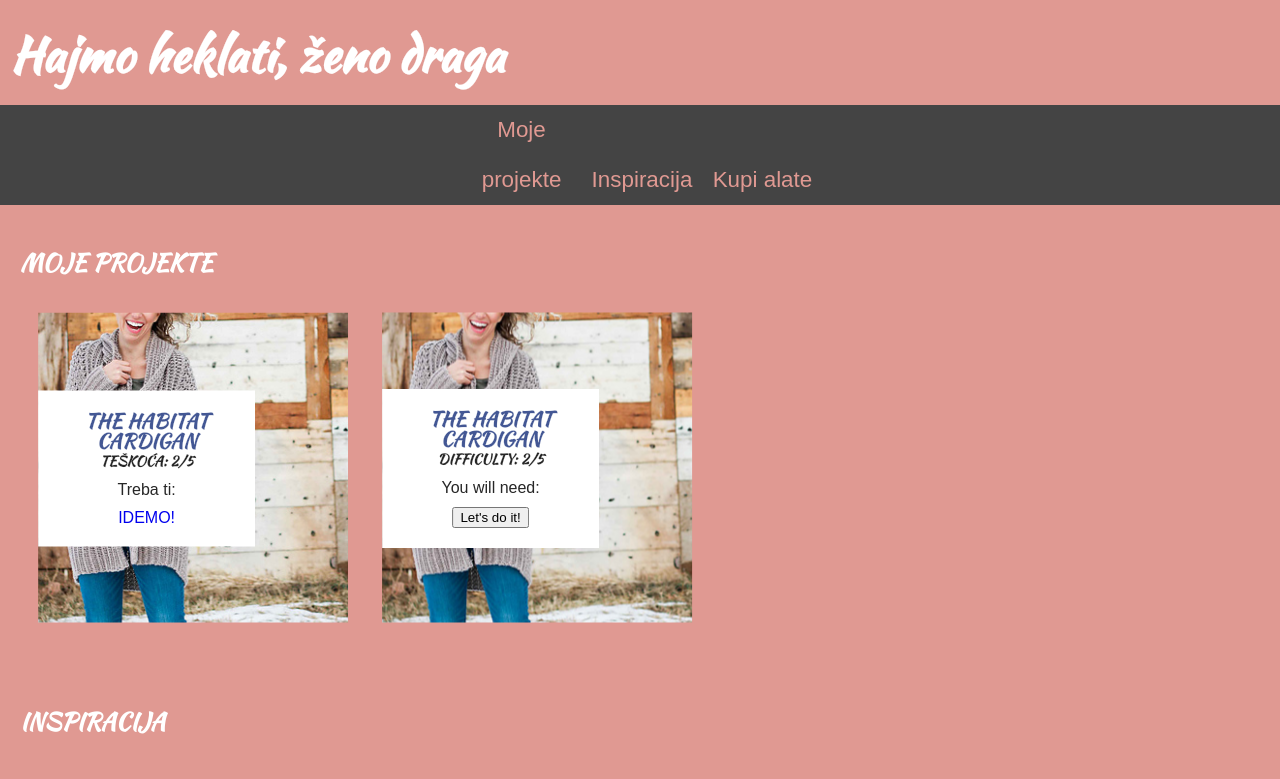
Repository: sdnc/Heklamo
Page: index.html
These files come from the project's save history. The page is drawn as it stood at one moment and after the next save; the edit follows.
The browser window is 1280 px wide. The pictures show the whole page.

Above is the page before, as saved 2020-12-24 16:54:11.
Console error: ReferenceError: $ is not defined

### index.html
<html>

<head>
  <meta charset="UTF-8" />
  <meta name="viewport" content="width=device-width, initial-scale=1.0" />
  <title>Heklamo</title>
  <link rel="preconnect" href="https://fonts.gstatic.com">
<link href="https://fonts.googleapis.com/css2?family=Kaushan+Script&display=swap" rel="stylesheet">
  <link href="https://maxcdn.bootstrapcdn.com/font-awesome/4.7.0/css/font-awesome.min.css" rel="stylesheet">
  <link rel="stylesheet" href="styles.css" />
  <script src="https://unpkg.com/vue@next" defer></script>
  <script src="app.js" defer></script>
</head>

<body>
  <!--1) -->
  <!--2) -->
  <section id="header">
    <h1 id="title">Hajmo heklati, ženo draga</h1>
  </section>
  <section class="nav">
    <ul>
      <li class="setove"><a href="#">Moje projekte</a></li>
      <li class="inspiracija"><a href="#">Inspiracija</a></li>
      <li class="kupi"><a href="#">Kupi alate</a></li>
    </ul>
  </section>
    <section id="sets" class="divider">
      <h3>MOJE PROJEKTE</h3>
    <div class="card">
      <div class="image">
        <img
          src="img/habitatcardigan.jpg" />
      </div>
      <div class="details">
        <div class="center">
          <h1>The Habitat Cardigan<br><span>Teškoća: 2/5</span></h1>
          <p>Treba ti:</p>
          <a href="#" class="button">IDEMO!</a>
        </div>
      </div>
    </div>

    <div class="card">
      <div class="image">
        <img src="img/habitatcardigan.jpg" />
      </div>
      <div class="details">
        <div class="center">
          <h1>The Habitat Cardigan<br><span>Difficulty: 2/5</span></h1>
          <p>You will need:</p>
          <button>Let's do it!</button>
        </div>
      </div>
    </div>
  </section>

  <section id="inspiration" class="divider">
    <h3>INSPIRACIJA</h3>



  </section>

  <section id="buy" class="divider">

  </section>

  <script>


  </script>
</body>

</html>

### styles.css
body {
  margin: 0;
  padding: 0;
  font-family: sans-serif;
  background-color: #e09992;
}

.divider {
  margin: 40px 0 30px 20px;
}

h1 {
  font-family: "Kaushan Script", sans-serif;
  font-size: 48;
  margin: 20px 0 15px 10px;
  color: white;
  -webkit-text-stroke: 0.2px white;
}

h3 {
  font-family: "Kaushan Script", sans-serif;
  font-size: 24;
  color: white;

}
/* NAV BAR */

.nav ul {
  list-style: none;
  background-color: #444;
  text-align: center;
  padding: 0;
  margin: 0;
}
.nav li {
  font-family: 'Oswald', sans-serif;
}

.nav a {
  text-decoration: none;
  color: #e09992;
  display: block;
  transition: .3s background-color;
}

.nav a:hover {
  background-color: white;
}
/*
.nav a.active {
  background-color: #fff;
  color: #444;
  cursor: default;
} */

@media screen and (min-width: 600px) {
  .nav li {
    width: 120px;
    border-bottom: none;
    height: 50px;
    line-height: 50px;
    font-size: 1.4em;
  }

  /* Option 1 - Display Inline */
  .nav li {
    display: inline-block;
    margin-right: -4px;
  }

/* MY SETS - section */
.card {
  margin: 5px 15px;
  display: inline-block;
  transform: translate(1%,1%);
  width: 310px;
  height: 350px;
}
.image {
  width: 310px;
  height: 350px;
  overflow: hidden;
}
.card .image img {
  width: 100%;
  transition: .5s;
}
.card:hover .image img {
  opacity: .5;
  transform: translateX(30%);/*100%*/
}
.card .details {
  position: absolute;
  top: 0;
  left: 0;
  width: 70%;/*100%*/
  height: 89%;
  background: #7ca9e0;
  transition: .5s;
  transform-origin: left;
  transform: perspective(2000px) rotateY(-90deg);
}
.card:hover .details {
  transform: perspective(2000px) rotateY(0deg);
}
.card .details .center {
  padding: 20px;
  text-align: center;
  background: #fff;
  position: absolute;
  top: 50%;
  transform: translateY(-50%);
}
.card .details .center h1 {
  margin: 0;
  padding: 0;
  color: #435794;
  line-height: 20px;
  font-size: 20px;
  text-transform: uppercase;
}
.card .details .center h1 span {
  font-size: 14px;
  color: #262626;
}
.card .details .center p {
  margin: 10px 0;
  padding: 0;
  color: #262626;
}

.button {
  text-decoration: none;
  border: 1px green;
}

/* INPIRATION SECTION */

### app.js
$('#recipeCarousel').carousel({
    interval: 10000
  })

  $('.carousel .carousel-item').each(function(){
      var minPerSlide = 3;
      var next = $(this).next();
      if (!next.length) {
      next = $(this).siblings(':first');
      }
      next.children(':first-child').clone().appendTo($(this));

      for (var i=0;i<minPerSlide;i++) {
          next=next.next();
          if (!next.length) {
              next = $(this).siblings(':first');
            }

          next.children(':first-child').clone().appendTo($(this));
        }
  });

After the next save:
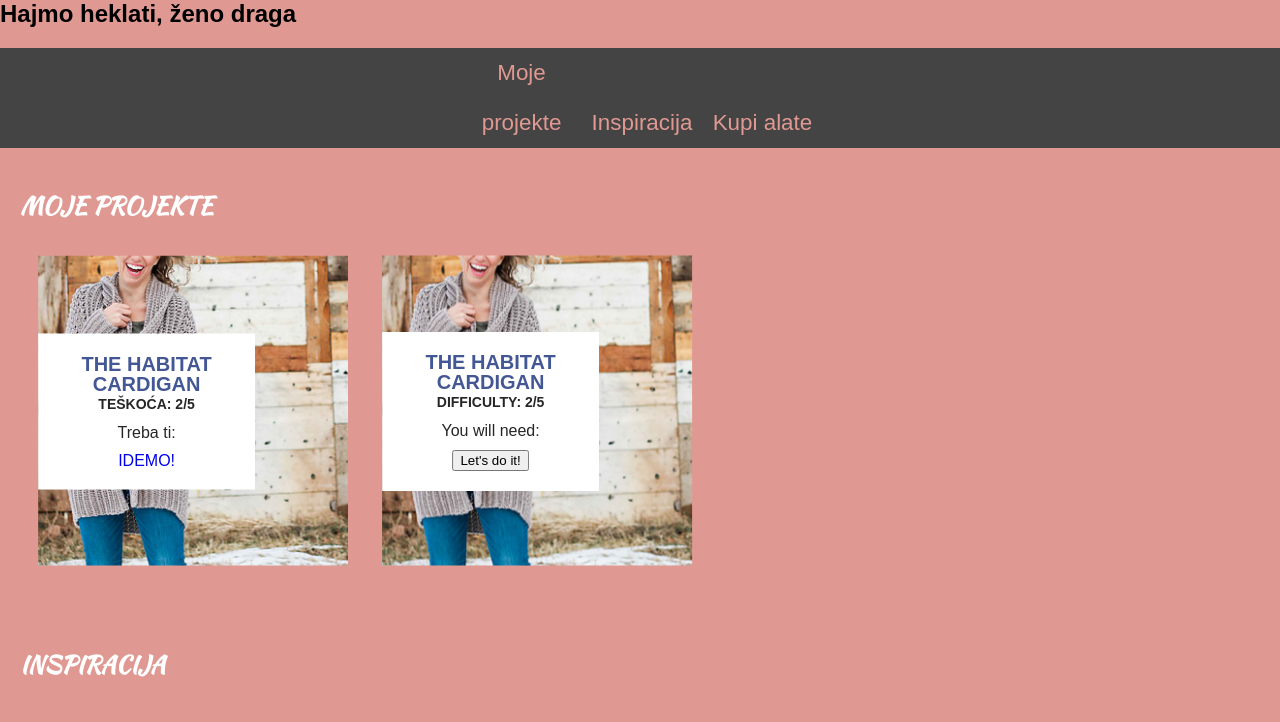
Saved 6 s later.
--- a/styles.css
+++ b/styles.css
@@ -9,7 +9,7 @@ body {
   margin: 40px 0 30px 20px;
 }
 
-h1 {
+.title {
   font-family: "Kaushan Script", sans-serif;
   font-size: 48;
   margin: 20px 0 15px 10px;

After the save that followed:
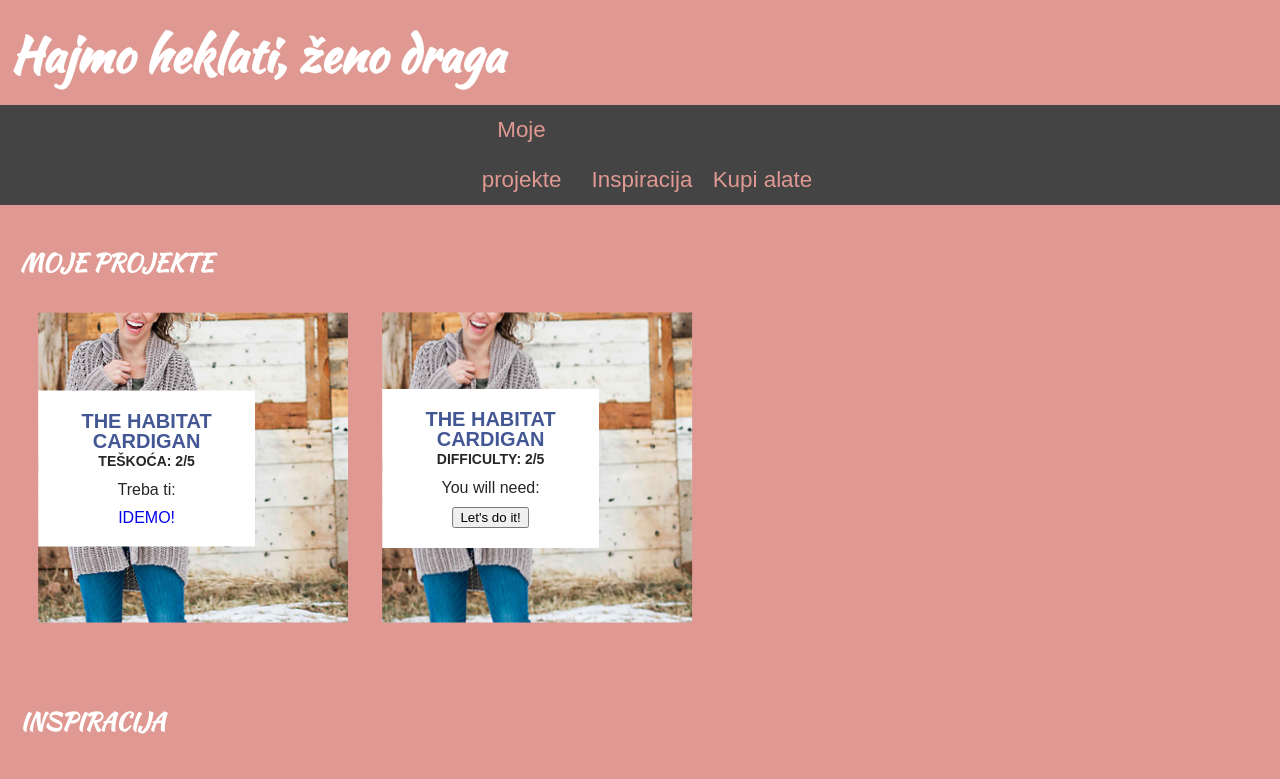
Saved 10 s later.
--- a/index.html
+++ b/index.html
@@ -16,7 +16,7 @@
   <!--1) -->
   <!--2) -->
   <section id="header">
-    <h1 id="title">Hajmo heklati, ženo draga</h1>
+    <h1 class="title">Hajmo heklati, ženo draga</h1>
   </section>
   <section class="nav">
     <ul>
